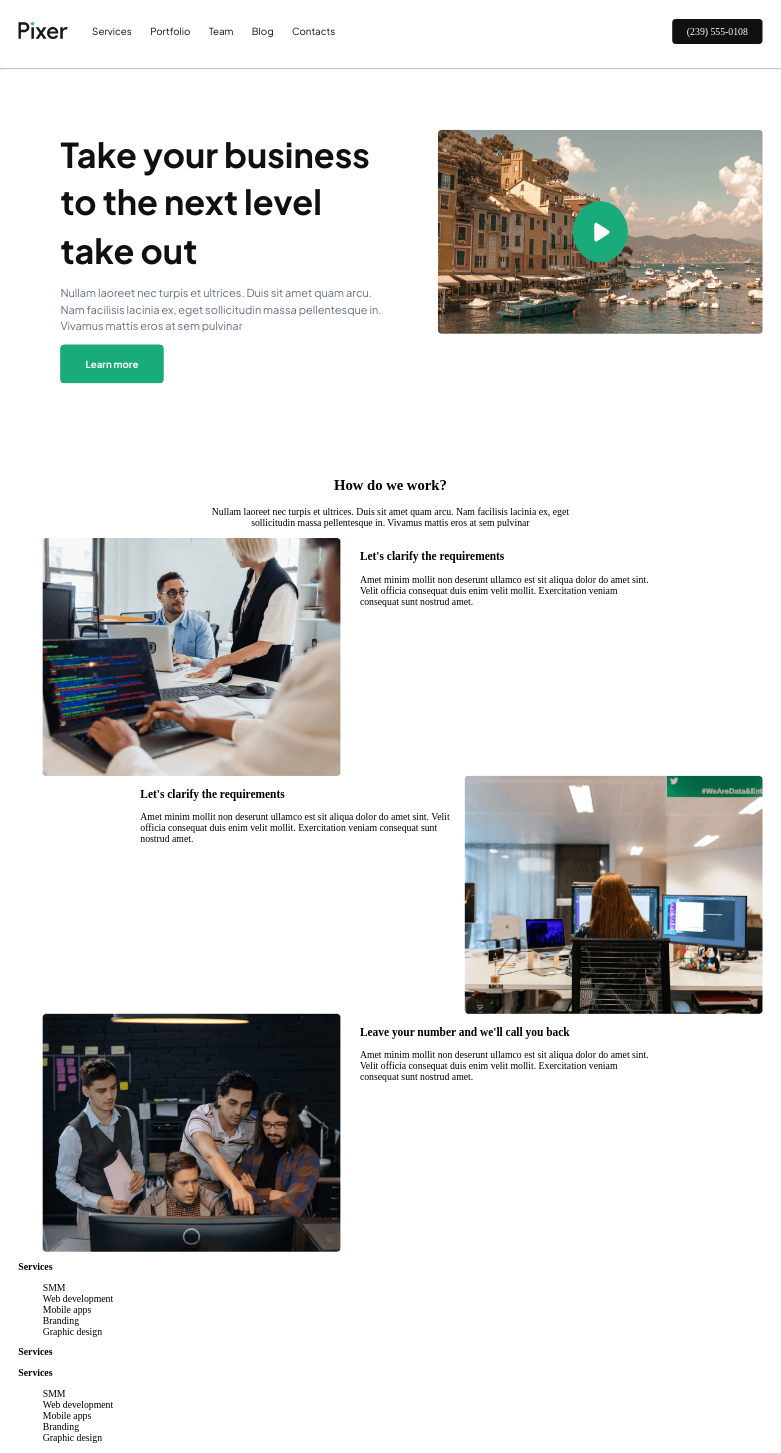
Repository: UlugbekAbdurasulov/pixar
Page: index.html
The author's editor kept a copy of each file at every save. The page is drawn from the files as they stood at one save, then again after the next save.
The browser window is 1280 px wide. The pictures show the whole page, at 61% of full size.

Above is the page before, as saved 2023-06-05 02:02:59.

### index.html
<!DOCTYPE html>
<html lang="en">
  <head>
    <meta charset="UTF-8" />
    <meta http-equiv="X-UA-Compatible" content="IE=edge" />
    <meta name="viewport" content="width=device-width, initial-scale=1.0" />

    <link rel="stylesheet" href="./css/main.css" />
    <title>Imthon</title>
  </head>
  <body>
    <header class="navbar">
      <div class="container">
        <div class="navbar-box">
          <div class="navvar-right">
            <a href="#"
              ><img
                src="./image/logo.svg"
                width="81"
                height="28"
                alt="pixer campaign lagatip"
            /></a>

            <nav class="navbar-naving">
              <ul class="navvar-helper">
                <li class="navbar-menu">
                  <a class="navbar-menu-link" href="#"><p>Services</p></a>
                </li>
                <li class="navbar-menu">
                  <a class="navbar-menu-link" href="#"><p>Portfolio</p></a>
                </li>
                <li class="navbar-menu">
                  <a class="navbar-menu-link" href="#"><p>Team</p></a>
                </li>
                <li class="navbar-menu">
                  <a class="navbar-menu-link" href="#"><p>Blog</p></a>
                </li>
                <li class="navbar-menu">
                  <a class="navbar-menu-link" href="#"><p>Contacts</p></a>
                </li>
              </ul>
            </nav>
          </div>
          <div class="navbar-link">
            <a class="navbar-enker" href="tel:2395550108">(239) 555-0108 </a>
          </div>
        </div>
      </div>
    </header>
    <hr />


        <div class="container">
            <div  class="hero">
                <div class="hero-wrapper">
                    <div class="hero-wrapper-information">
                        <h1 class="hero-wrapper-footer">
                            Take your   business to the next level take out
                        </h1>
                        <p class="hero-wrapper-text">
                            Nullam laoreet nec turpis et ultrices. Duis sit amet quam arcu. Nam facilisis lacinia ex, eget sollicitudin massa pellentesque in. Vivamus mattis eros at sem pulvinar
                        </p>
                       <a class="hero-wrapper-enker" href="#">Learn more</a>
                    </div>
                    <img src="./image/You-Tube.png" width="532" height="334" alt="">
                </div>
            </div>
</div>
    </menu>
    <section>
    <!-- text -->
    </section>


  <section>
    <div class="container">

      <div class="Services">
        <h2>How do we work?</h2>
        <p>Nullam laoreet nec turpis et ultrices. Duis sit amet quam arcu. Nam facilisis lacinia ex, eget sollicitudin massa pellentesque in. Vivamus mattis eros at sem pulvinar</p>
      </div>
   <ul>
    <li class="services-work"><img src="./image/lissining.png" alt=""> <div class="Services-cantent"><h3>Let's clarify the requirements</h3> <p> Amet minim mollit non deserunt ullamco est sit aliqua dolor do amet sint. Velit officia consequat duis enim velit mollit. Exercitation veniam consequat sunt nostrud amet. </p></div></li>
    <li class="services-work roower"><img src="./image/work.png" alt=""> <div class="Services-cantent cantent"><h3>Let's clarify the requirements</h3> <p> Amet minim mollit non deserunt ullamco est sit aliqua dolor do amet sint. Velit officia consequat duis enim velit mollit. Exercitation veniam consequat sunt nostrud amet. </p></div></li>
    <li class="services-work"><img src="./image/team.png" alt=""> <div class="Services-cantent"><h3>Leave your number and we'll call you back</h3> <p> Amet minim mollit non deserunt ullamco est sit aliqua dolor do amet sint. Velit officia consequat duis enim velit mollit. Exercitation veniam consequat sunt nostrud amet. </p></div></li>
   </ul>
    </div>
  </section>

  <footer>


      <div class="sayt-footer-start">

        <div class="container">
          <div class="sayt-footer-start-services">
            <strong>Services</strong>
            <ul>
              <li>SMM</li>
              <li>Web development</li>
              <li>Mobile apps</li>
              <li>Branding</li>
              <li>Graphic design</li>
            </ul>

          </div>
          <div class="sayt-footer-start-Resources">
            <strong>Services</strong>
            <ul>
              <li><a href="#"></a></li>
              <li><a href="#"></a></li>
              <li><a href="#"></a></li>
            </ul>

          </div>

          <div class="sayt-footer-start-Connect">
            <strong>Services</strong>
            <ul>
              <li>SMM</li>
              <li>Web development</li>
              <li>Mobile apps</li>
              <li>Branding</li>
              <li>Graphic design</li>
            </ul>

          </div>

        </div>

      </div>
      <div class="sayt-footer-bottom">
        <div class="container"></div>
      </div>

  </footer>
  </body>
</html>

### css/main.css
/* plus-jakarta-sans-regular - latin */
@font-face {
  font-display: swap; /* Check https://developer.mozilla.org/en-US/docs/Web/CSS/@font-face/font-display for other options. */
  font-family: "Plus Jakarta Sans";
  font-style: normal;
  font-weight: 400;
  src: url("../fontFamly/plus-jakarta-sans-v7-latin-regular.woff2")
      format("woff2"),
    /* Chrome 36+, Opera 23+, Firefox 39+, Safari 12+, iOS 10+ */
      url("../fontFamly/plus-jakarta-sans-v7-latin-regular.woff") format("woff"); /* Chrome 5+, Firefox 3.6+, IE 9+, Safari 5.1+, iOS 5+ */
}

@font-face {
  font-display: swap; /* Check https://developer.mozilla.org/en-US/docs/Web/CSS/@font-face/font-display for other options. */
  font-family: "Plus Jakarta Sans";
  font-style: italic;
  font-weight: 500;
  src: url("../fontFamly/plus-jakarta-sans-v7-latin-500italic.woff2")
      format("woff2"),
    /* Chrome 36+, Opera 23+, Firefox 39+, Safari 12+, iOS 10+ */
      url("../fontFamly/plus-jakarta-sans-v7-latin-500italic.woff")
      format("woff"); /* Chrome 5+, Firefox 3.6+, IE 9+, Safari 5.1+, iOS 5+ */
}

@font-face {
  font-display: swap; /* Check https://developer.mozilla.org/en-US/docs/Web/CSS/@font-face/font-display for other options. */
  font-family: "Plus Jakarta Sans";
  font-style: normal;
  font-weight: 600;
  src: url("../fontFamly/plus-jakarta-sans-v7-latin-600.woff2") format("woff2"),
    /* Chrome 36+, Opera 23+, Firefox 39+, Safari 12+, iOS 10+ */
      url("../fontFamly/plus-jakarta-sans-v7-latin-600.woff") format("woff"); /* Chrome 5+, Firefox 3.6+, IE 9+, Safari 5.1+, iOS 5+ */
}

@font-face {
  font-display: swap; /* Check https://developer.mozilla.org/en-US/docs/Web/CSS/@font-face/font-display for other options. */
  font-family: "Plus Jakarta Sans";
  font-style: normal;
  font-weight: 700;
  src: url("../fontFamly/plus-jakarta-sans-v7-latin-700.woff2") format("woff2"),
    /* Chrome 36+, Opera 23+, Firefox 39+, Safari 12+, iOS 10+ */
      url("../fontFamly/plus-jakarta-sans-v7-latin-700.woff") format("woff"); /* Chrome 5+, Firefox 3.6+, IE 9+, Safari 5.1+, iOS 5+ */
}

* {
  box-sizing: border-box;
  text-decoration: none;
  list-style: none;
}
body {
  margin: 0;
  padding: 0;
  background-color: #fff;
}
.container {
  width: 1260px;
  margin: 0px auto;
  padding: 0 20px;
}
.navbar-box {
  padding-top: 24px;
  padding-bottom: 24px;
  display: flex;
  justify-content: space-between;
  align-items: center;
  margin: 0;
}

.navvar-right {
  display: flex;
  justify-content: center;
  align-items: center;
  margin: 0;
}
.navvar-helper {
  display: flex;
  margin: 0;
}
.navbar-menu {
  margin-right: 30px;
}
.navbar-enker {
  color: #fff;
  margin: auto right;
  background: #101010;
  border-radius: 6px;
  padding: 12px 24px;
  margin-top: 24px;
}
.navbar-menu-link :hover {
  color: #1aab7b;
}
.navbar-menu-link :active {
  color: #1aab7b;
}

.hr {
  background: #ffffff;
  border-bottom: 1px solid #eeeef4;
}
.hero {
  padding-top: 91px;
  padding-bottom: 156px;
}
.hero-wrapper {
  display: flex;
  justify-content: space-between;
  margin: 0;
}
.hero-wrapper-information {
  width: 550px;
  margin: 0 auto;
}

.hero-wrapper-footer {
  font-family: "Plus Jakarta Sans";
  font-style: normal;
  font-weight: 700;
  font-size: 56px;
  line-height: 140%;
  color: #101010;
  margin: 0;
}
.hero-wrapper-text {
  font-family: "Plus Jakarta Sans";
  font-style: normal;
  font-weight: 400;
  font-size: 18px;
  line-height: 150%;
  color: #636f87;

  margin-bottom: 40px;
}

/* .navbar-link{
        margin: 0 auto;
        padding-top: 24px;
    } */
.navbar-menu-link {
  font-family: "Plus Jakarta Sans";
  font-style: normal;
  font-weight: 500;
  font-size: 16px;
  line-height: 150%;

  color: #101010;
}
.hero-wrapper-enker {
  font-family: "Plus Jakarta Sans";
  font-style: normal;
  font-weight: 700;
  font-size: 16px;
  line-height: 120%;

  text-align: center;
  padding: 20px 40px;
  color: #fff;
  border: 1px #1aab7b solid;
  background-color: #1aab7b;
  border-radius: 6px;
}

.hero-wrapper-enker:hover {
  background: #ffffff;
  border: 1.5px solid #1aab7b;
  border-radius: 6px;
  color: #1aab7b;
}
.hero-wrapper-enker :active {
  background-color: #1aab7b;
  opacity: 0.7;
  color: #fff;
}

.Services{
    width: 650px;
    /* margin: 0 auto; */

 margin: 0 auto;
text-align: center;
}
.services-work{
  display: flex;
}
.Services-cantent{
width: 488px;
margin-left: 32px;
}
.roower{
  flex-direction: row-reverse;
}
.cantent{
  width: 532px;
}

### image/logo.svg
<svg width="81" height="28" viewBox="0 0 81 28" fill="none" xmlns="http://www.w3.org/2000/svg">
<path d="M0 27.3919V0.303287H9.34316C10.5077 0.295204 11.664 0.499932 12.7556 0.907471C13.7897 1.29072 14.742 1.86772 15.5618 2.6078C16.3947 3.36821 17.057 4.29789 17.5046 5.3351C17.9523 6.3723 18.175 7.49328 18.158 8.62358C18.1698 9.74744 17.9445 10.8611 17.497 11.8913C17.0496 12.9215 16.39 13.8449 15.5618 14.6008C14.7422 15.3412 13.7899 15.9182 12.7556 16.3011C11.6648 16.7088 10.5093 16.9139 9.34542 16.9065H4.25674V27.3862L0 27.3919ZM9.45604 12.8257C10.1017 12.8382 10.7431 12.7171 11.34 12.4697C11.8662 12.2485 12.3409 11.92 12.7341 11.5051C13.1055 11.1105 13.3993 10.649 13.5999 10.1448C13.7961 9.66446 13.8984 9.15069 13.9013 8.63152C13.8979 7.55157 13.4798 6.51456 12.7341 5.73642C12.3077 5.30129 11.7976 4.95789 11.2348 4.72715C10.672 4.49641 10.0684 4.38315 9.46056 4.39429H4.25674V12.8302L9.45604 12.8257Z" fill="#191919"/>
<path d="M21.4734 8.85371V27.3919H25.6556V8.85371H21.4734Z" fill="#191919"/>
<path d="M26.3611 2.83451C26.3674 3.20623 26.2989 3.57538 26.1598 3.91992C26.0208 4.26446 25.814 4.57731 25.5518 4.83977C25.2975 5.10879 24.9903 5.32169 24.6496 5.46494C24.3089 5.60819 23.9422 5.67864 23.573 5.6718V0.000627874C23.9422 -0.00592918 24.3088 0.0646457 24.6494 0.207876C24.9901 0.351106 25.2973 0.563865 25.5518 0.832657C25.8134 1.09484 26.0199 1.40716 26.1589 1.75105C26.2979 2.09495 26.3667 2.4634 26.3611 2.83451Z" fill="#35AF39"/>
<path d="M23.5696 0.000636352V5.67521C23.1955 5.68389 22.8238 5.61441 22.4779 5.47118C22.132 5.32795 21.8195 5.11409 21.5603 4.84318C21.2969 4.58076 21.0891 4.26751 20.9494 3.92231C20.8097 3.5771 20.7411 3.20708 20.7475 2.83452C20.7422 2.46314 20.8114 2.09449 20.9511 1.75055C21.0907 1.40662 21.2979 1.09445 21.5603 0.832666C21.8199 0.562198 22.1324 0.34864 22.4782 0.205443C22.824 0.0622456 23.1956 -0.00748732 23.5696 0.000636352Z" fill="#35AF39"/>
<path d="M34.8486 17.9709L28.481 8.85371H33.3417L37.3343 14.7176H37.4471L41.1722 8.85371H46.2203L39.7781 17.9709L46.3331 27.3919H41.3664L37.3726 21.3387H37.2598L33.2999 27.3919H28.3681L34.8486 17.9709Z" fill="#191919"/>
<path d="M65.2893 22.9653C64.4947 24.4194 63.3552 25.654 61.9717 26.5598C60.5419 27.5196 58.7843 27.9995 56.699 27.9995C55.3882 28.0133 54.088 27.7623 52.8757 27.2615C51.7354 26.7889 50.7032 26.0872 49.8426 25.1996C48.9783 24.302 48.2996 23.2413 47.8458 22.0789C47.3571 20.8192 47.1142 19.4769 47.1301 18.1251C47.1227 16.8268 47.3523 15.5382 47.8074 14.3231C48.2358 13.1637 48.8815 12.0975 49.7094 11.182C50.5737 10.2405 51.6261 9.49271 52.7979 8.98757C53.9696 8.48244 55.2344 8.23133 56.5094 8.25066C57.9392 8.25066 59.214 8.49022 60.3338 8.96934C61.4151 9.42349 62.3856 10.1076 63.1784 10.9746C63.9808 11.8743 64.5899 12.9305 64.9676 14.0771C65.3926 15.3558 65.6028 16.6966 65.5895 18.0446V18.3846C65.5654 18.4964 65.5526 18.6104 65.5512 18.7247C65.5266 18.8237 65.514 18.9253 65.5139 19.0274H51.3123C51.3651 19.8327 51.583 20.6185 51.9524 21.3353C52.2761 21.9571 52.7174 22.5096 53.2516 22.9619C53.7568 23.3856 54.3391 23.7067 54.9663 23.9073C55.562 24.1045 56.1847 24.2066 56.8119 24.21C58.016 24.21 59.0082 23.9202 59.7886 23.3405C60.5665 22.7601 61.2192 22.0274 61.7075 21.1868L65.2893 22.9653ZM61.4073 15.8149C61.3409 15.3791 61.2207 14.9534 61.0495 14.5476C60.85 14.0652 60.5555 13.6284 60.1837 13.2632C59.7461 12.8402 59.2354 12.5006 58.6767 12.2612C58.0619 11.9838 57.315 11.8452 56.436 11.8452C55.2319 11.8452 54.1957 12.2045 53.3273 12.9232C52.4588 13.6418 51.8749 14.6057 51.5753 15.8149H61.4073Z" fill="#191919"/>
<path d="M68.7547 8.85369H72.7055V11.6536H72.9313C73.1688 11.1616 73.4819 10.7102 73.8591 10.316C74.247 9.89965 74.6912 9.54019 75.1787 9.24817C75.6682 8.95657 76.186 8.71577 76.7241 8.5295C77.226 8.34898 77.7544 8.25397 78.2875 8.24837C78.8074 8.23859 79.3264 8.29612 79.8317 8.41954C80.2394 8.52653 80.632 8.68498 81 8.8911L79.7944 12.7123C79.4992 12.5808 79.1891 12.4856 78.8711 12.4289C78.4668 12.3607 78.0573 12.3288 77.6474 12.3337C77.0015 12.3262 76.3626 12.4698 75.7815 12.7531C75.2163 13.0321 74.7108 13.4195 74.2937 13.8935C73.8555 14.3945 73.5168 14.9752 73.2959 15.604C73.0551 16.2746 72.9339 16.9826 72.938 17.6954V27.3918H68.7614L68.7547 8.85369Z" fill="#191919"/>
</svg>

After the next save:
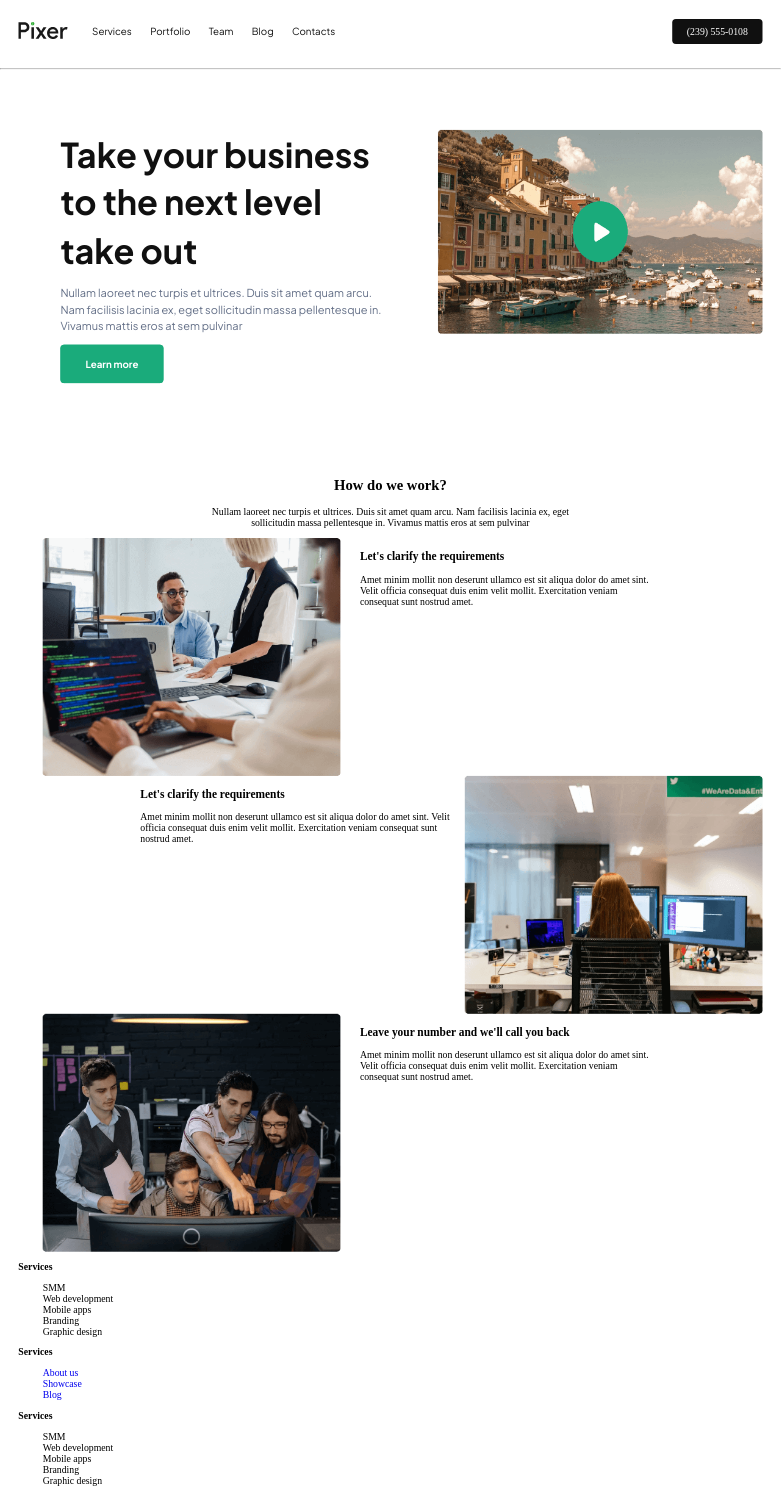
Saved 2 s later.
--- a/index.html
+++ b/index.html
@@ -107,9 +107,9 @@
           <div class="sayt-footer-start-Resources">
             <strong>Services</strong>
             <ul>
-              <li><a href="#"></a></li>
-              <li><a href="#"></a></li>
-              <li><a href="#"></a></li>
+              <li><a href="#">About us</a></li>
+              <li><a href="#">Showcase</a></li>
+              <li><a href="#">Blog</a></li>
             </ul>
 
           </div>
